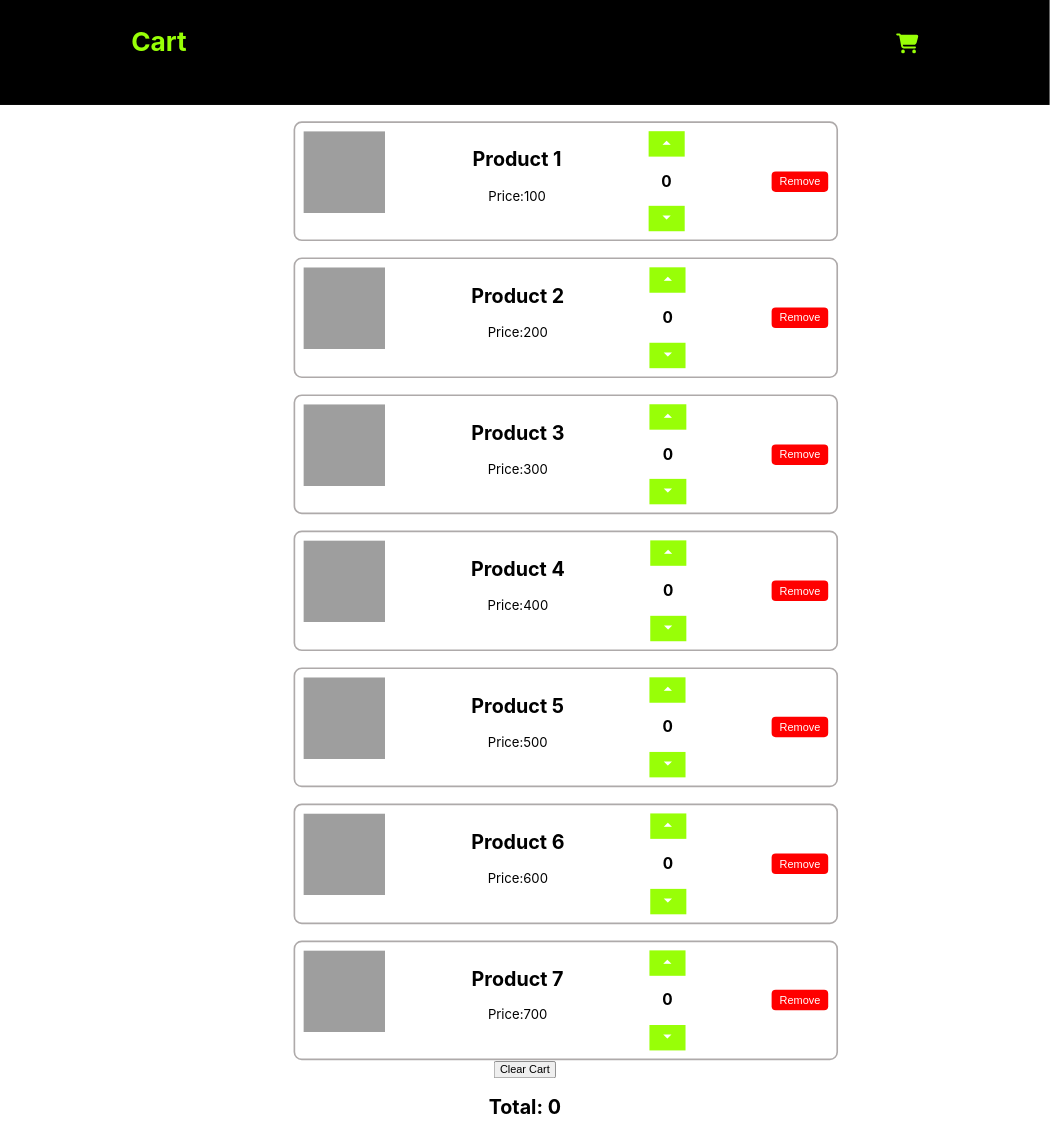
Repository: sriram1224/Cart-react-app
Page: /
These files come from the project's save history. The page is drawn as it stood at one moment and after the next save; the edit follows.
The browser window is 1280 px wide. The pictures show the whole page, at 82% of full size.
Pictures or frames that could not be fetched are drawn as grey boxes. The project was rebuilt for these pictures with package versions that can differ from the ones it lists, and the page was loaded fresh each time.

Above is the page before, as saved 2024-03-12 22:26:13.

After the next save:
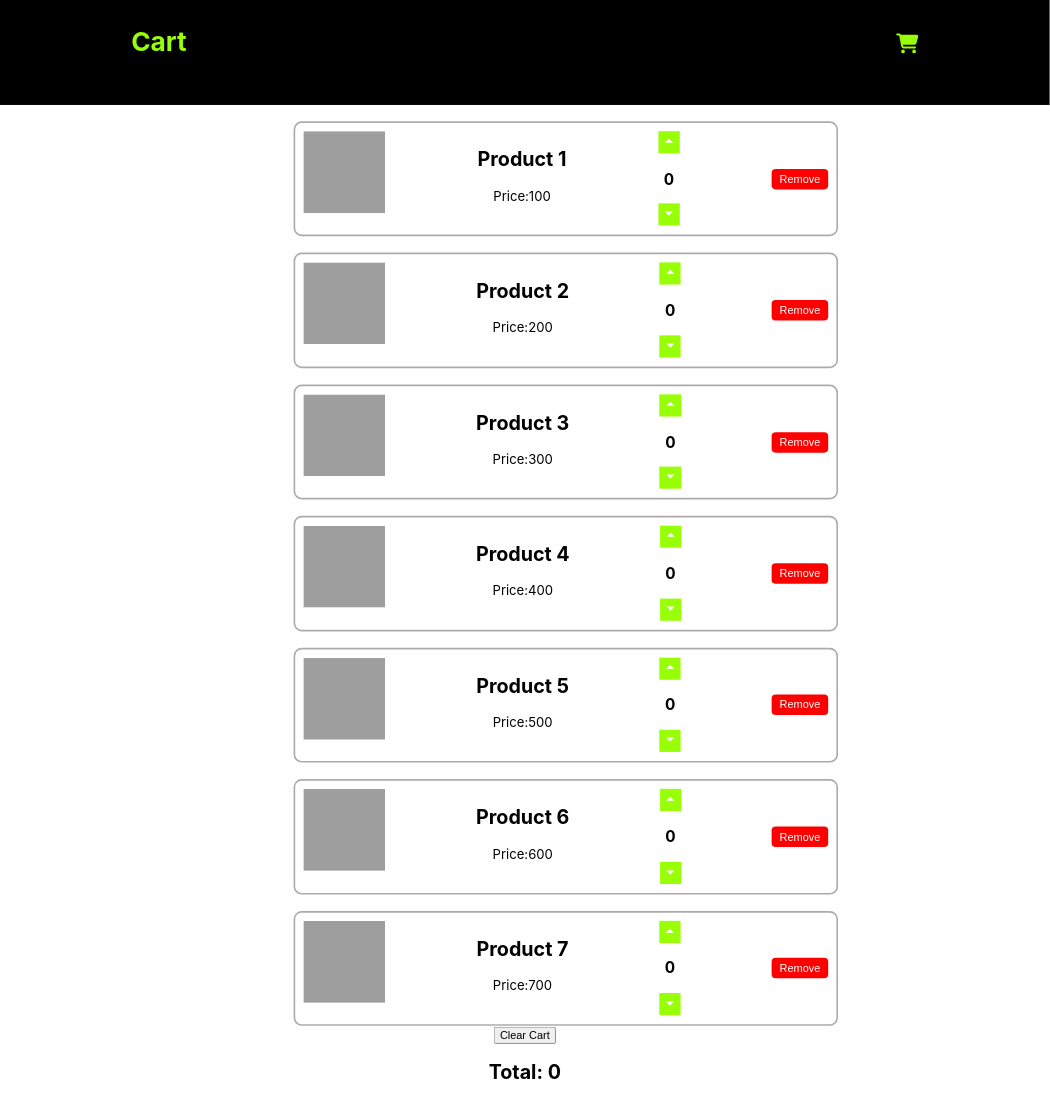
Saved 6 s later.
--- a/src/Components/cart.css
+++ b/src/Components/cart.css
@@ -37,7 +37,7 @@
 .button-quantity button{
    background-color: rgb(152, 255, 7);
     border: none;
-    padding: 2px 10px;
+    padding: 0px 1px;
 
     cursor: pointer;
 }
